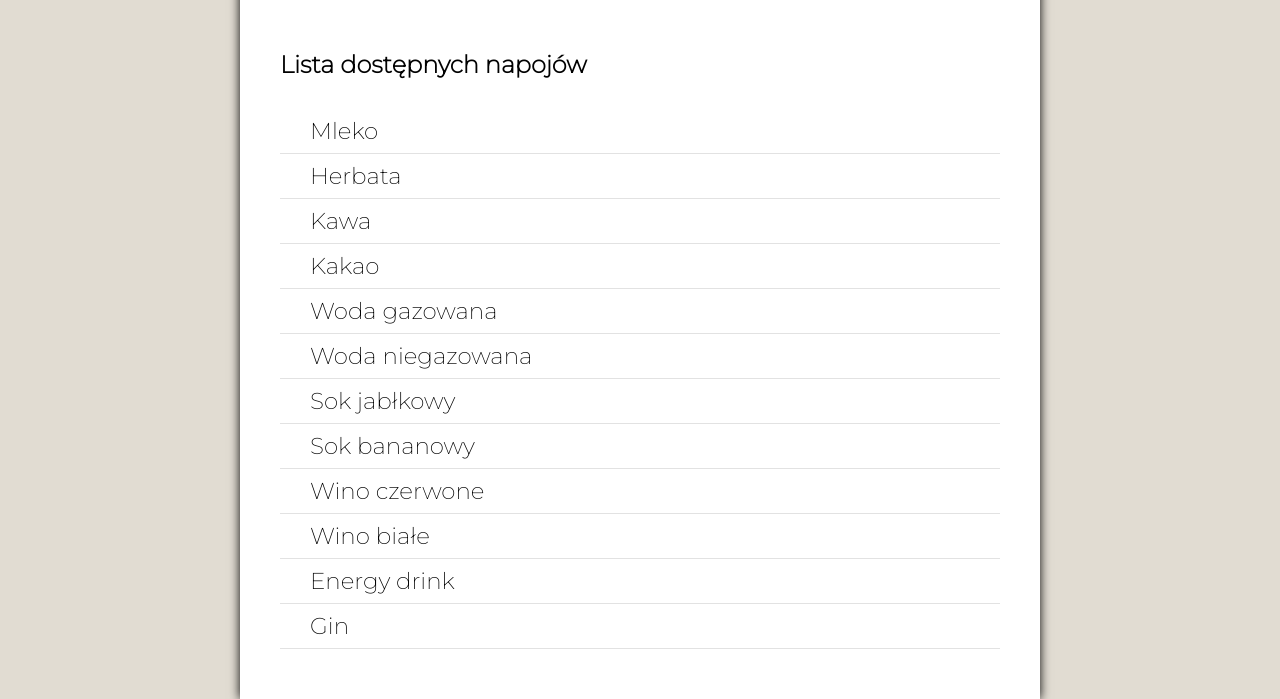
Repository: KrzysKolo/Projekt-1_Wyszukiwarka_napojow
Page: index.html
These files come from the project's save history. The page is drawn as it stood at one moment and after the next save; the edit follows.
The browser window is 1280 px wide. The pictures show the part of the page from y = 360 to 1059 px (the page is 1059 px tall before and 1058 px after).

Above is the page before, as saved 2020-06-30 03:56:12.
Not found: script.js

After the next save:
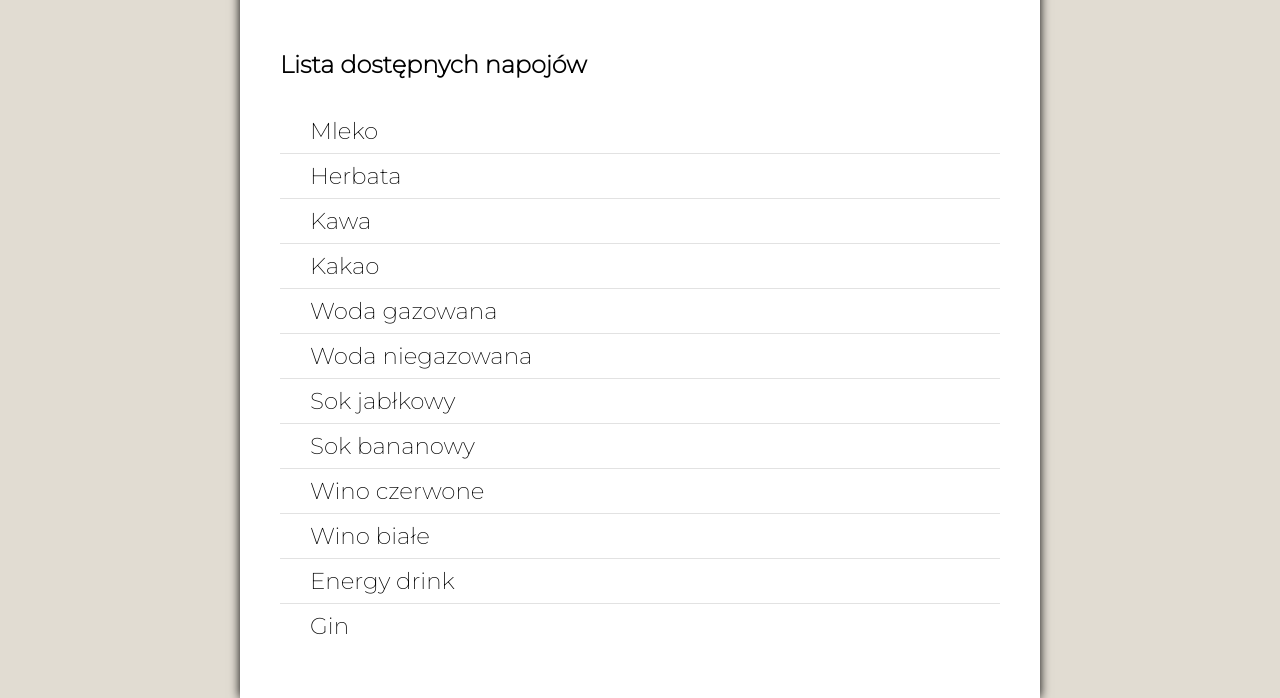
Saved 2 min 14 s later.
--- a/css/style.css
+++ b/css/style.css
@@ -70,3 +70,6 @@ body {
   padding: 8px 30px;
   border-bottom: 1px solid rgb(226, 226, 226);
 }
+.drink-list__item:last-child {
+  border-bottom: 0;
+}
